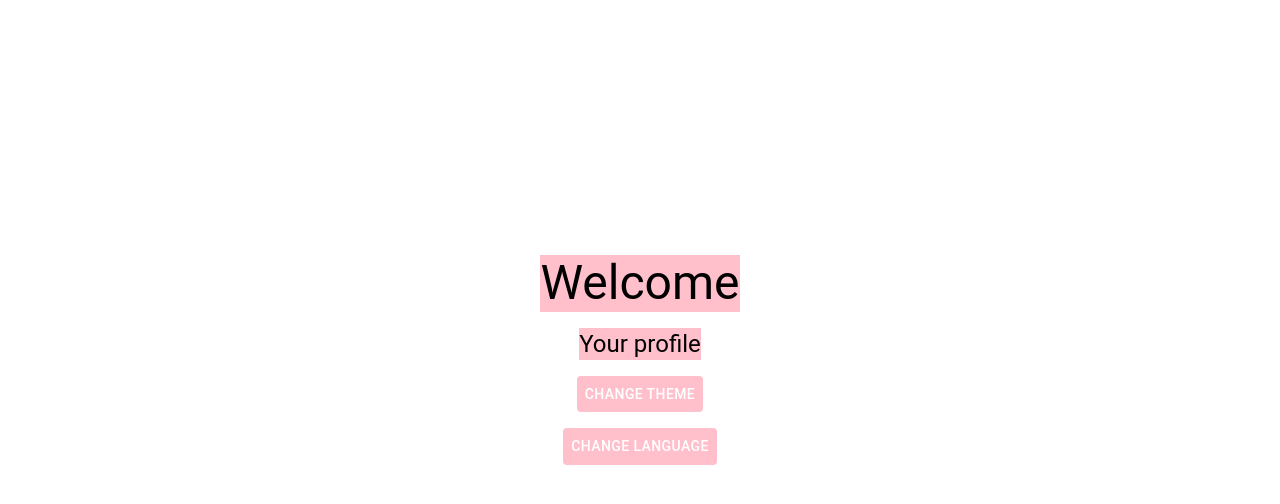
Repository: savannaaaas/contextLanguageTheme
Page: /
The author's editor kept a copy of each file at every save. The page is drawn from the files as they stood at one save, then again after the next save.
The browser window is 1280 px wide. The pictures show the whole page.
The project was rebuilt for these pictures with package versions that can differ from the ones it lists, and the page was loaded fresh each time. Also part of the build but not shown: vite.config.js.

Above is the page before, as saved 2025-07-11 17:55:39.

After the next save:
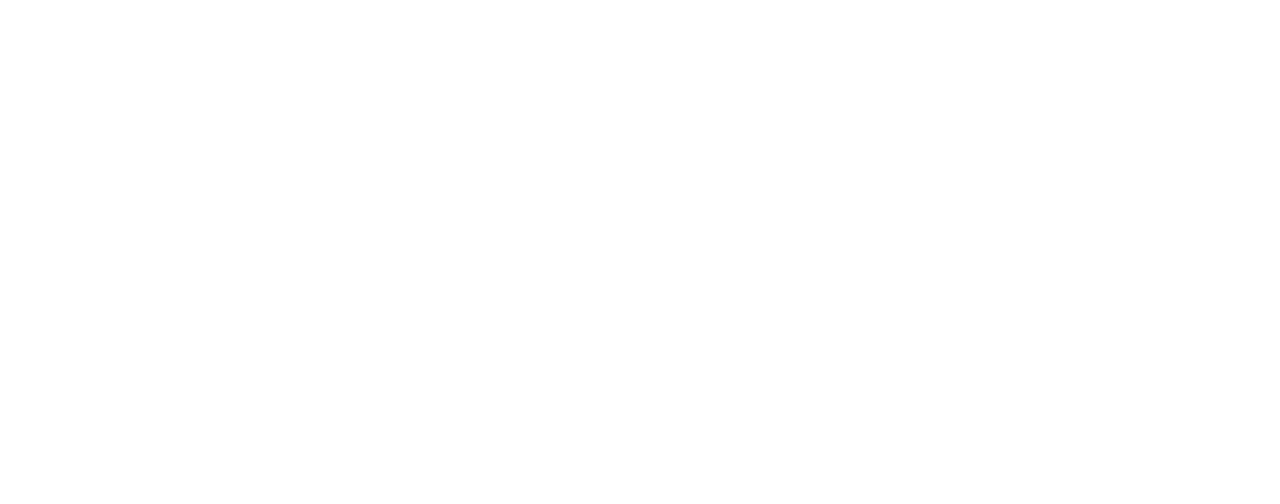
Console error: ReferenceError: React is not defined
Saved 2 min 25 s later.
--- a/src/components/Header.jsx
+++ b/src/components/Header.jsx
@@ -4,7 +4,7 @@
 import { LanguageContext } from "../providers/LanguageContext";
 import { translations } from "../App";
 
-export const Header = () => {
+export const Header = React.memo(() => {
   const { theme } = useContext(ThemeContext);
   const { language } = useContext(LanguageContext);
   return (
@@ -18,4 +18,4 @@
       {translations[language].welcome}
     </Typography>
   );
-};
+});

After the 2 saves that followed:
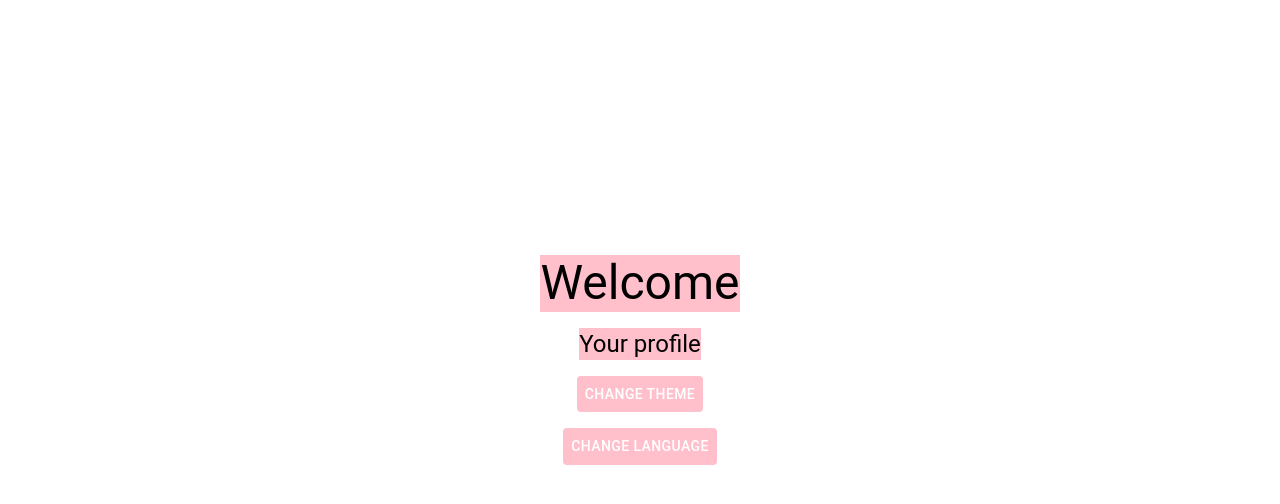
The error is gone.
The 2 saves are shown as one change because they came seconds apart.
The last was saved 21 s later.
--- a/src/components/Header.jsx
+++ b/src/components/Header.jsx
@@ -1,8 +1,9 @@
-import { Typography } from "@mui/material";
+import React from "react";
 import { useContext } from "react";
 import { ThemeContext } from "../providers/ThemeContext";
 import { LanguageContext } from "../providers/LanguageContext";
 import { translations } from "../App";
+import { Typography } from "@mui/material";
 
 export const Header = React.memo(() => {
   const { theme } = useContext(ThemeContext);
